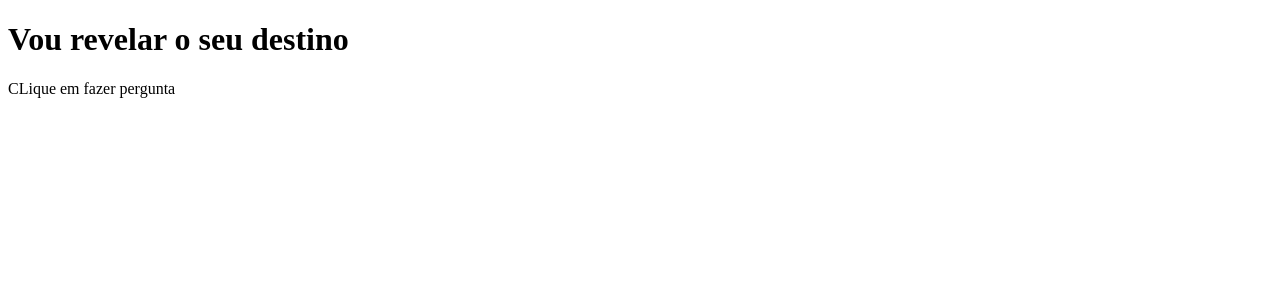
Repository: rickydomingos97/maratona-explorer-ricky
Page: index.html
The author's editor kept a copy of each file at every save. The page is drawn from the files as they stood at one save, then again after a run of saves.
The browser window is 1280 px wide. The pictures show the whole page.

Above is the page before, as saved 2022-06-10 11:58:50.

After the next 2 saves:
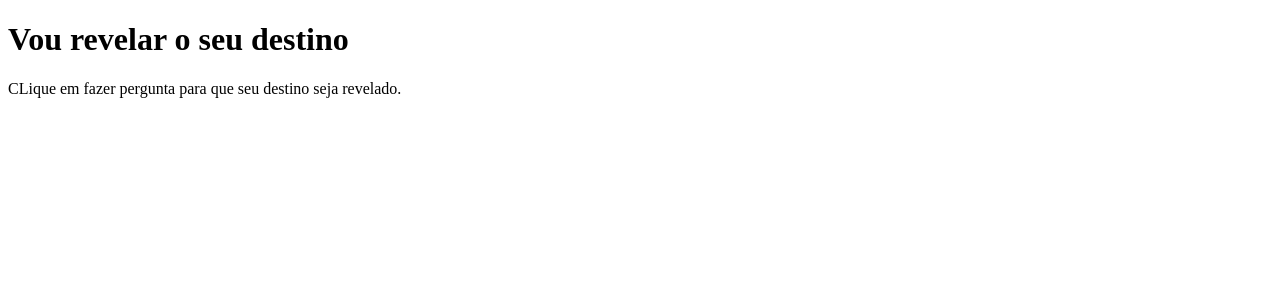
The 2 saves are shown as one change because they came seconds apart.
The last was saved 8 s later.
--- a/index.html
+++ b/index.html
@@ -9,7 +9,7 @@
 <body>
     <div class="main">
         <h1>Vou revelar o seu destino</h1>
-        <p>CLique em fazer pergunta </p>
+        <p>CLique em fazer pergunta para que seu destino seja revelado.</p>
     </div>
 </body>
 </html>
